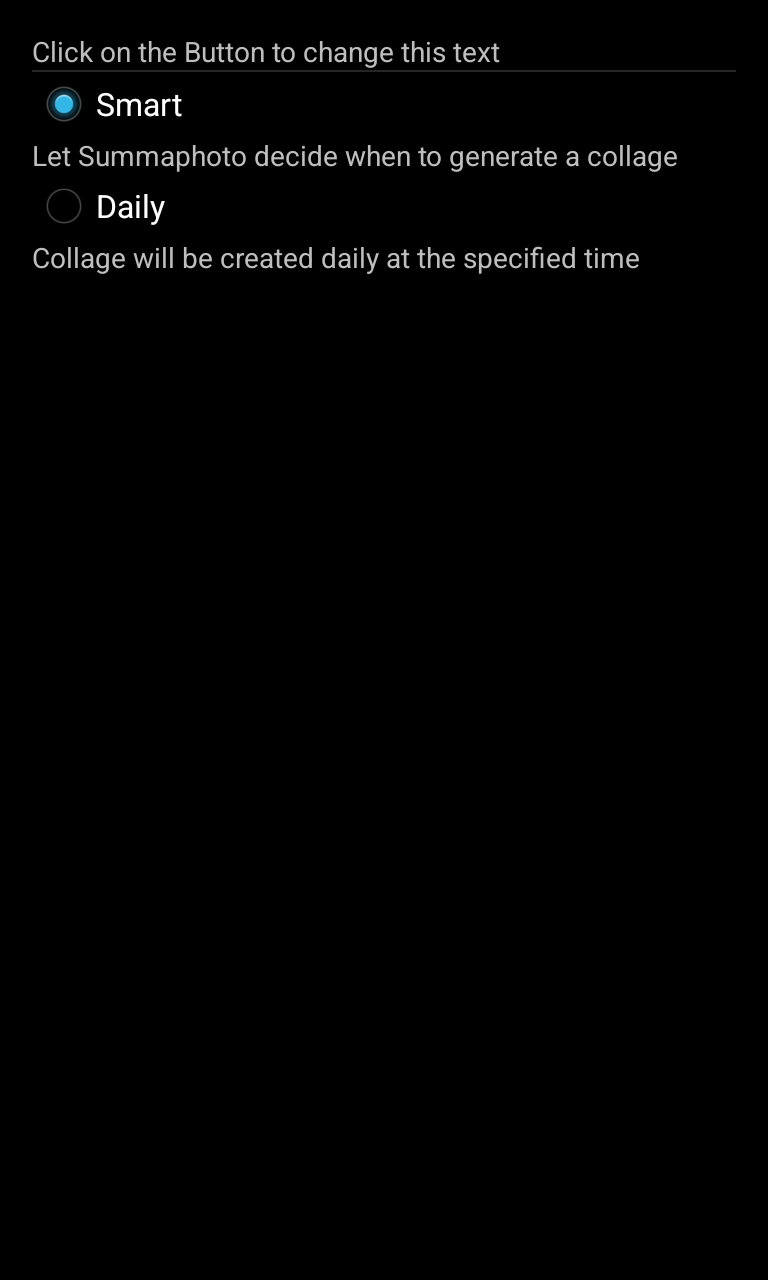
Repository: ulugbekjs/SummaPhoto
Layout: Workshop/res/layout/activity_settings.xml
An editor plug-in stored every save of this project. The layout is shown before and after the next save, followed by the edit.
It is drawn on a 768 x 1280 px phone screen (xhdpi) without system bars, with theme SummaPhotoTheme; the app's code is not run.

Above is the layout before, as saved 2013-08-12 13:05:38.

After the next save:
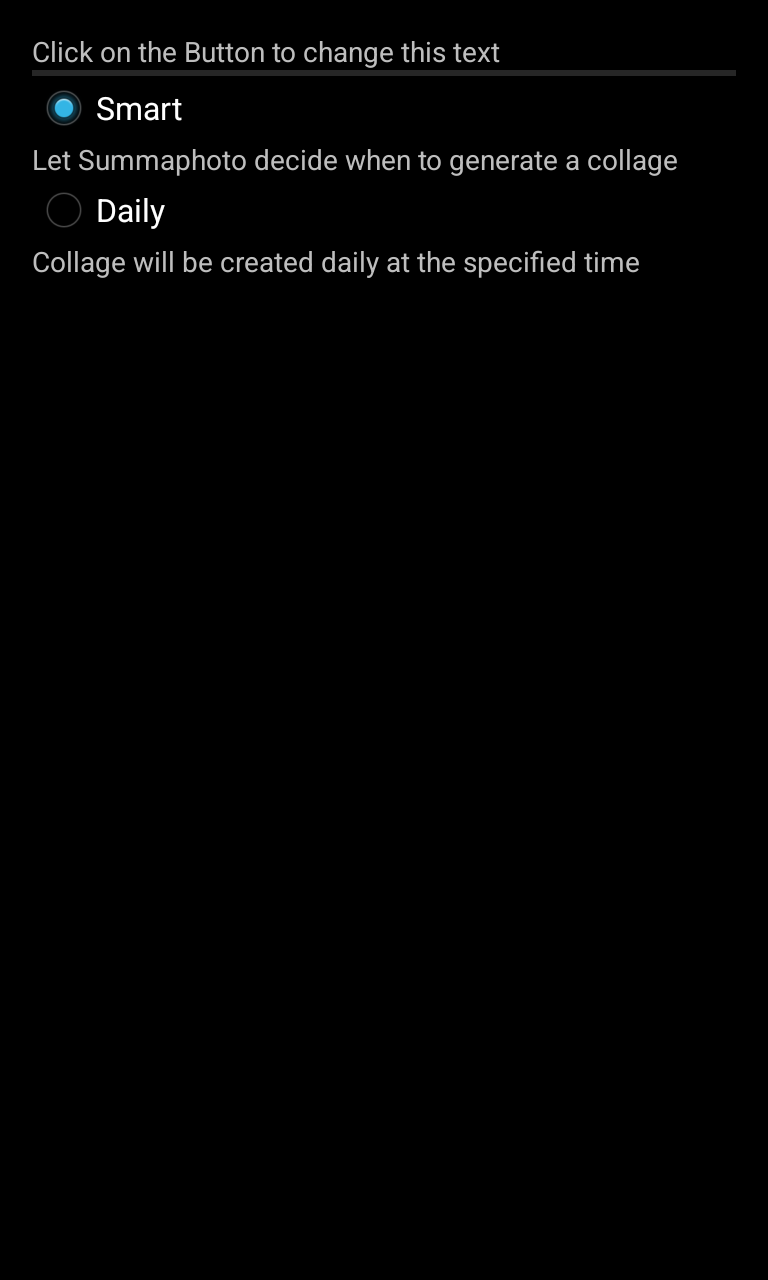
Saved 7 s later.
--- a/Workshop/res/layout/activity_settings.xml
+++ b/Workshop/res/layout/activity_settings.xml
@@ -21,7 +21,7 @@
 
         <ImageView
             android:layout_width="fill_parent"
-            android:layout_height="1dp"
+            android:layout_height="3dp"
             android:scaleType="fitXY"
             android:src="?android:attr/listDivider" />
 
